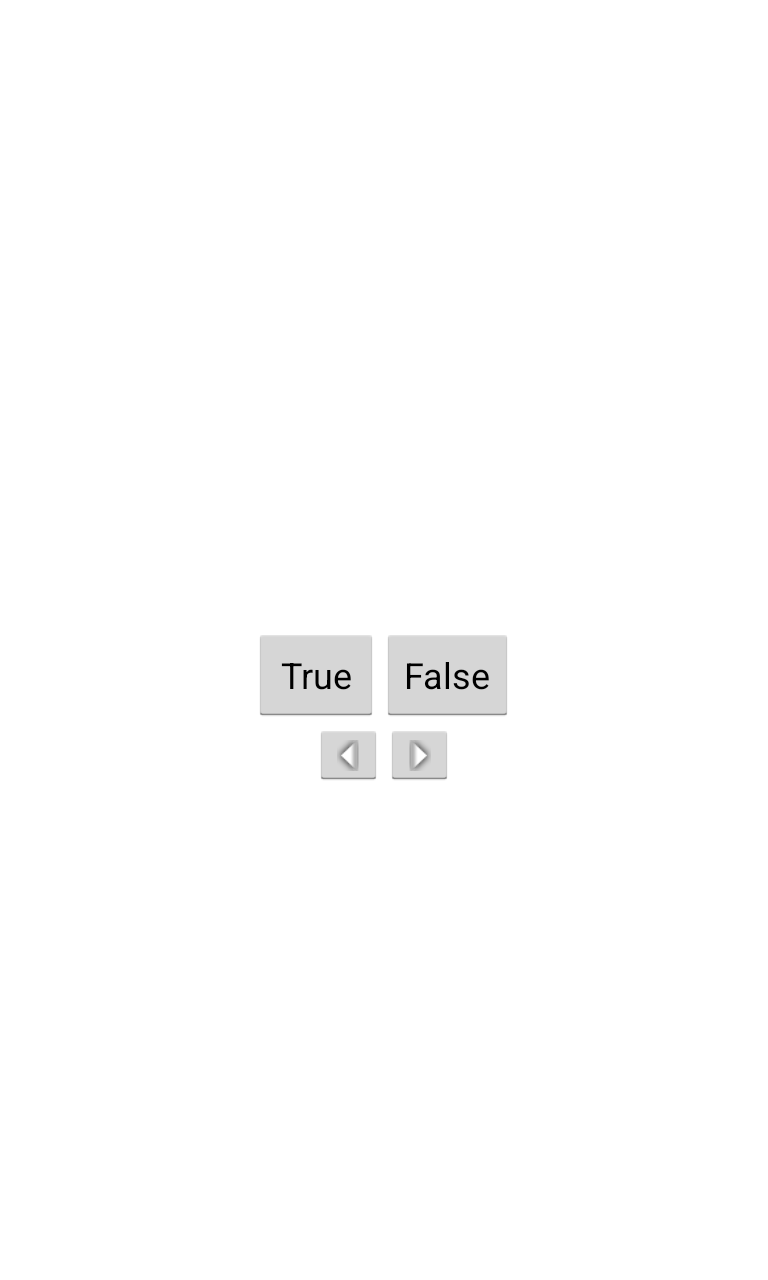
Repository: jblackett/UofL_Android_Homework
Layout: homework4/class7/geoQuiz/res/layout/activity_quiz.xml
These files come from the project's save history. The layout is drawn as it stood at one moment and after the next save; the edit follows.
It is drawn on a 768 x 1280 px phone screen (xhdpi) without system bars, with theme AppTheme; the app's code is not run.

Above is the layout before, as saved 2013-10-21 18:59:47.

After the next save:
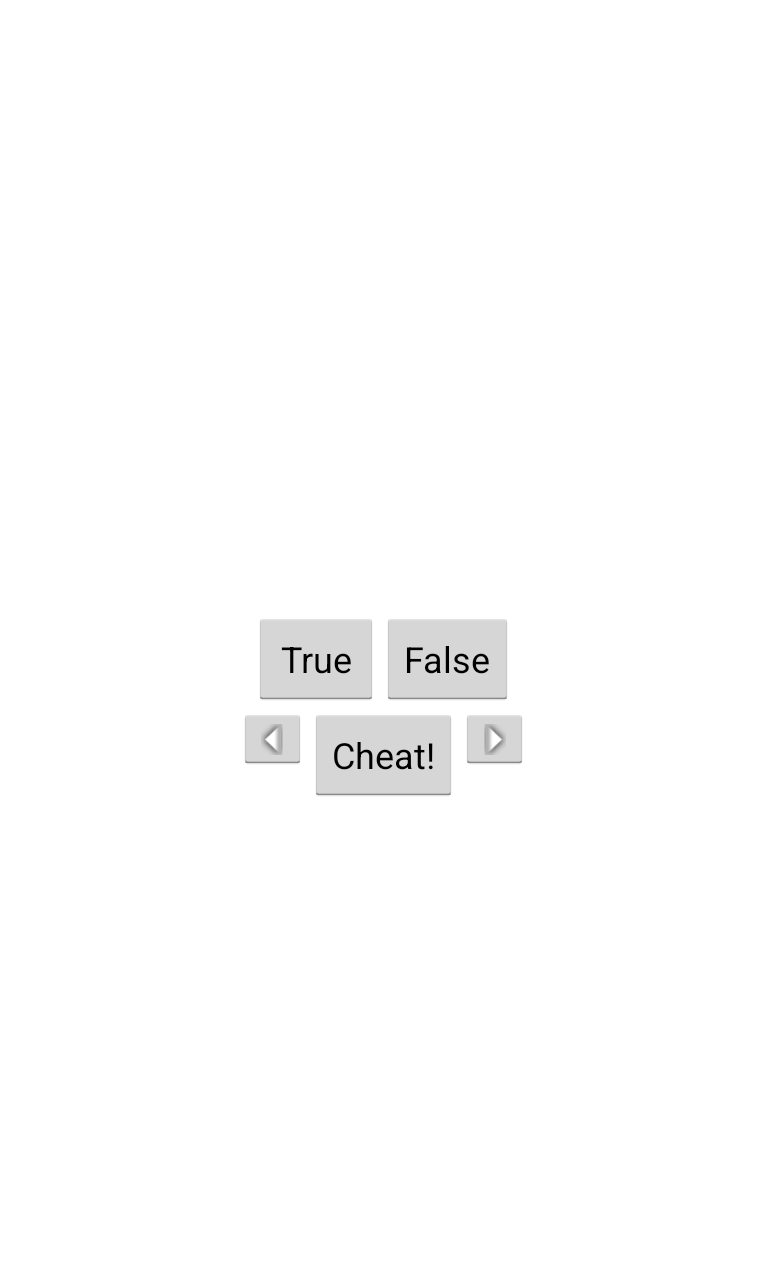
Saved 4 min 15 s later.
--- a/homework4/class7/geoQuiz/res/layout/activity_quiz.xml
+++ b/homework4/class7/geoQuiz/res/layout/activity_quiz.xml
@@ -41,6 +41,12 @@
 	     android:layout_height="wrap_content"
 		 android:src="@drawable/arrow_left" />
 
+      <Button
+    android:id="@+id/cheat_button"
+    android:layout_width="wrap_content"
+    android:layout_height="wrap_content"
+    android:text="@string/cheat_button" />
+
      <ImageButton
 	     android:id="@+id/next_button"
 	     android:contentDescription="@string/desc"
